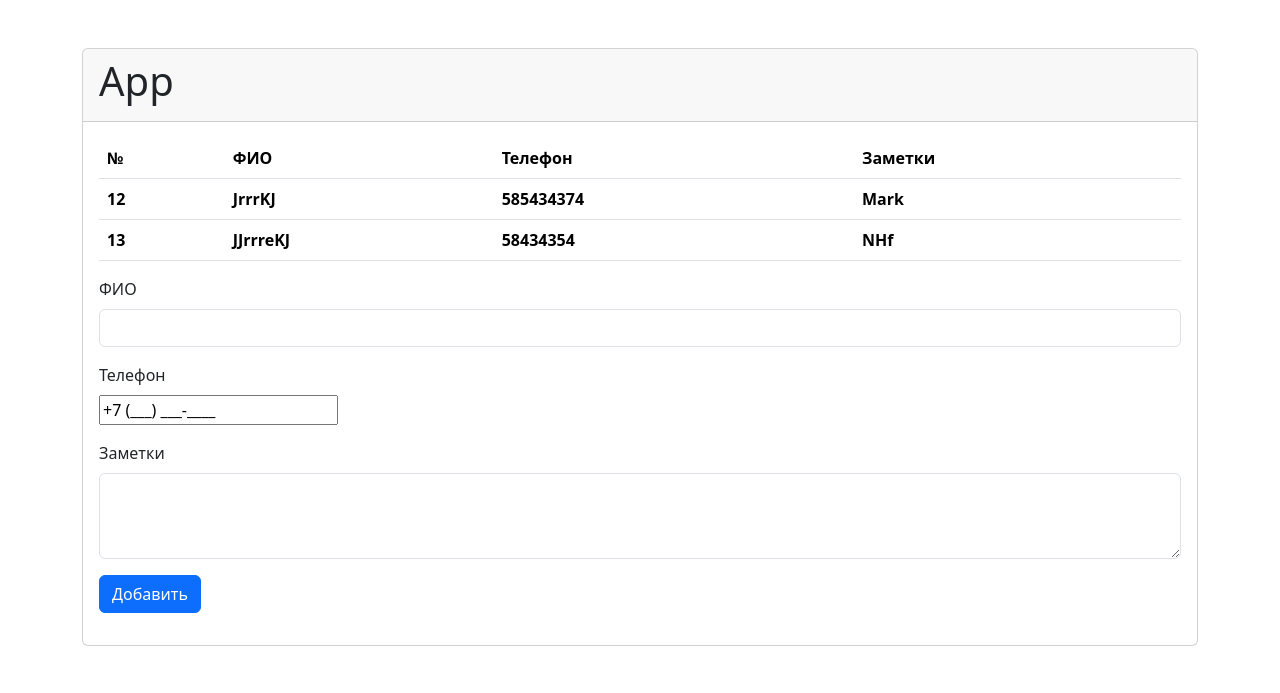
Repository: tatacheba/appstepikjavareact
Page: / (app in client/), after clicking the first element matching `button.btn`
An editor plug-in stored every save of this project. The page is shown before and after the next save, followed by the edit.
The browser window is 1280 px wide. The pictures show the whole page.
The project was rebuilt for these pictures with package versions that can differ from the ones it lists, and the page was loaded fresh each time. Also part of the build but not shown: client/src/App.css.

Above is the page before, as saved 2024-11-27 17:16:10.

After the next save:
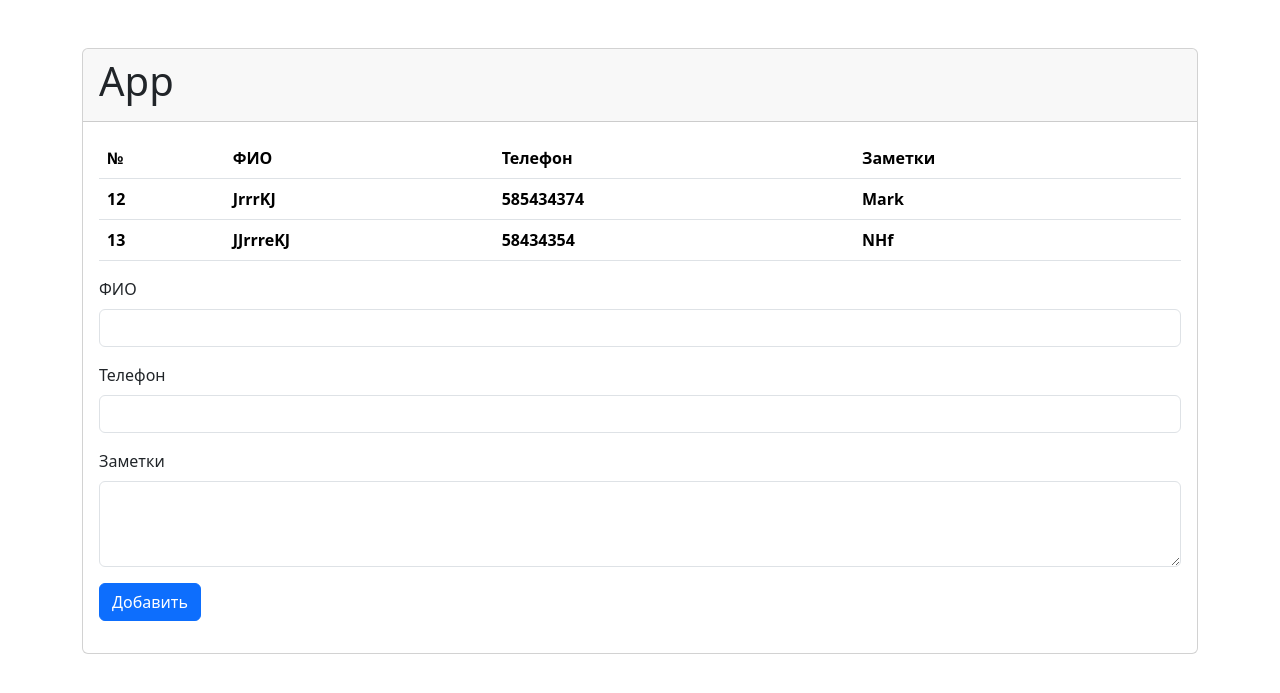
Saved 30 s later.
--- a/client/src/layouts/formNewItem/FormNewItem.js
+++ b/client/src/layouts/formNewItem/FormNewItem.js
@@ -1,6 +1,5 @@
 import React from "react";
 import { useState } from "react";
-import InputMask from "react-input-mask";
 
 function FormNewItem(props) {
     const [fullName, setFullName] = useState("");
@@ -18,13 +17,17 @@ function FormNewItem(props) {
     };
 
     const handleInput = (e) => {
-        let value = e.target.value;
+        const value = e.target.value;
 
-        // Удаляем все символы, кроме цифр
-        value = value.replace(/[^0-9]/g, "");
+        // Разрешаем только цифры и, при необходимости, первый символ '+'
+        const validValue = value.replace(/[^0-9+]/g, ""); // Удаляем всё, кроме цифр и '+'
 
-        // Обновляем значение в поле ввода
-        e.target.value = value;
+        // Убедимся, что '+' только в начале строки
+        if (validValue.indexOf("+") > 0) {
+            e.target.value = validValue.replace("+", ""); // Удаляем лишний '+'
+        } else {
+            e.target.value = validValue;
+        }
     };
 
     return (
@@ -43,11 +46,11 @@ function FormNewItem(props) {
                 </div>
                 <label className="form-label">Телефон</label>
                 <div className="mb-3">
-                    <InputMask
-                        mask="+7 (999) 999-9999"
-                        placeholder="+7 (___) ___-____"
-                        alwaysShowMask={true}
+                    <input
+                        type="tel"
+                        className="form-control"
                         value={phone}
+                        onInput={handleInput}
                         onChange={(e) => {
                             setPhone(e.target.value);
                         }}
